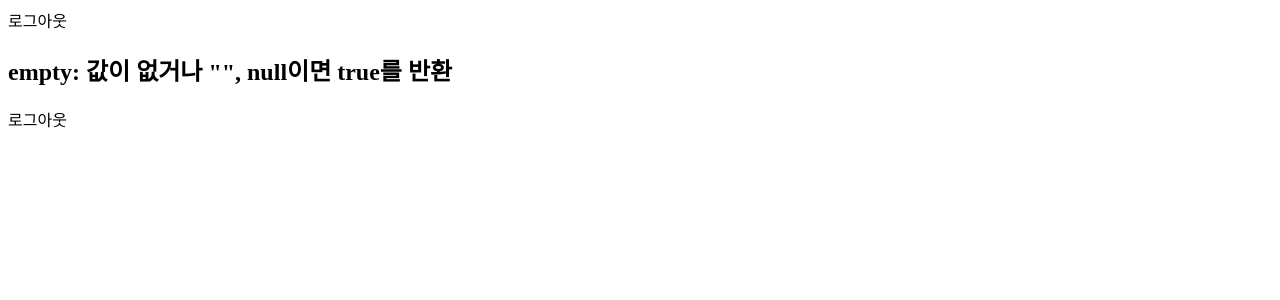
Repository: nobley3/EclipseIDE
Page: http://localhost/ELprj0908/jstl4
The author's editor kept a copy of each file at every save. The page is drawn from the files as they stood at one save, then again after the next save.
The browser window is 1280 px wide. The pictures show the whole page.
The page is served by Tomcat 9. Other server files are loaded and not shown.

Above is the page before, as saved 2023-09-08 03:08:58.

### ELprj0908/src/main/webapp/WEB-INF/views/jstl4.jsp
<%@ page language="java" contentType="text/html; charset=UTF-8"
	pageEncoding="UTF-8"%>
<%@ taglib uri="http://java.sun.com/jsp/jstl/core" prefix="c"%>
<!DOCTYPE html>
<html>
<head>
<meta charset="UTF-8">
<title>Insert title here</title>
</head>
<body>
	<%
	String id = (String) session.getAttribute("id");
	if (id != null) {
	%>
	로그아웃
	<%
	} else {
	%>
	로그인
	<%
	}
	%>

	<h2>empty: 값이 없거나 "", null이면 true를 반환</h2>
	<c:if test="${empty id}"> 로그인 </c:if>
	<c:if test="${not empty id}"> 로그아웃 </c:if>
</body>
</html>

### ELprj0908/src/main/java/elprj/Jstl4.java
package elprj;

import java.io.IOException;

import javax.servlet.ServletException;
import javax.servlet.annotation.WebServlet;
import javax.servlet.http.HttpServlet;
import javax.servlet.http.HttpServletRequest;
import javax.servlet.http.HttpServletResponse;
import javax.servlet.http.HttpSession;

@WebServlet("/jstl4")
public class Jstl4 extends HttpServlet {
	@Override
	protected void doGet(HttpServletRequest req, HttpServletResponse resp) throws ServletException, IOException {

		HttpSession session = req.getSession();
		session.setAttribute("id", "acorn01");


		req.getRequestDispatcher("WEB-INF/views/jstl4.jsp").forward(req, resp);
	}
}

After the next save:
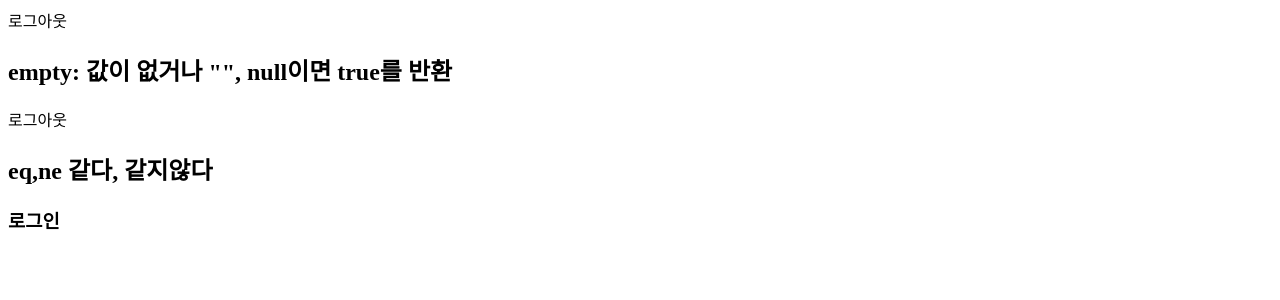
Saved 3 min 39 s later.
--- a/ELprj0908/src/main/webapp/WEB-INF/views/jstl4.jsp
+++ b/ELprj0908/src/main/webapp/WEB-INF/views/jstl4.jsp
@@ -24,5 +24,15 @@
 	<h2>empty: 값이 없거나 "", null이면 true를 반환</h2>
 	<c:if test="${empty id}"> 로그인 </c:if>
 	<c:if test="${not empty id}"> 로그아웃 </c:if>
+
+	<h2>eq,ne 같다, 같지않다</h2>
+	<c:set var="message" value="비로그인"></c:set>
+	<c:if test="${message eq '비로그인'}">
+	<h3>로그인</h3>
+	</c:if>
+	<c:if test="${message ne '비로그인'}">
+	<h3>로그아웃</h3>
+	</c:if>
+
 </body>
 </html>
